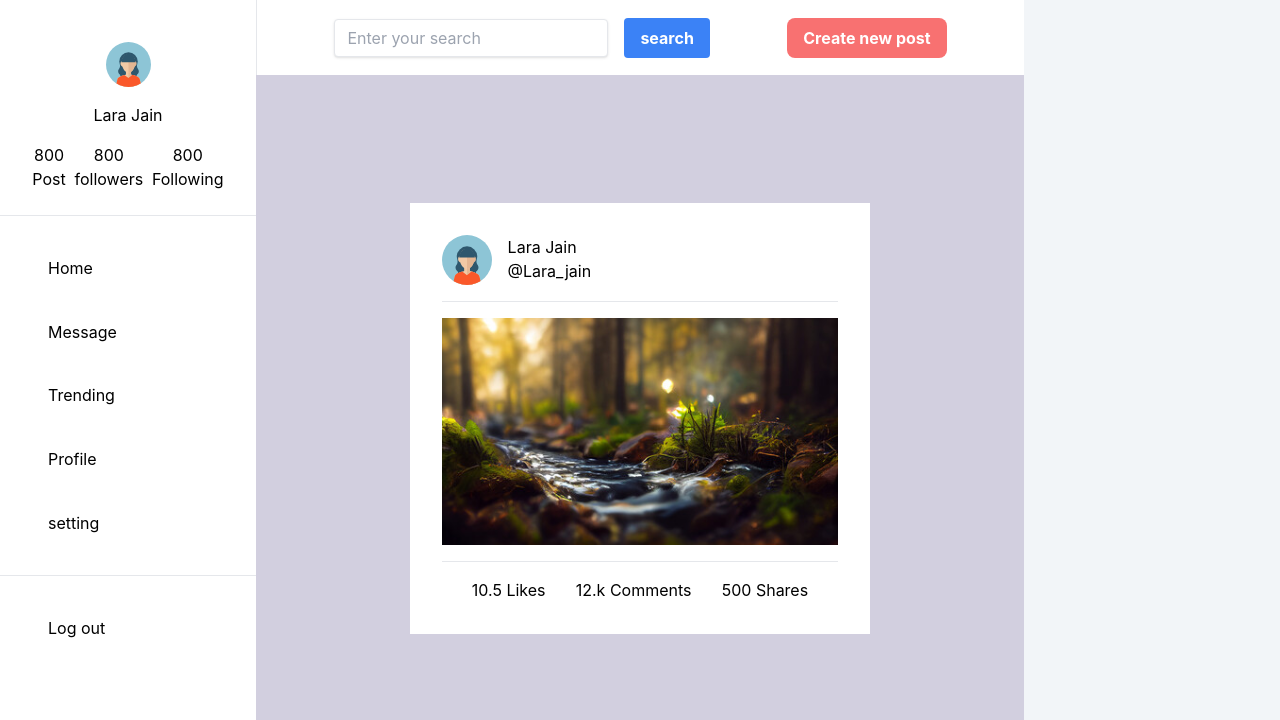
Repository: cosmicswati/upgrad-captions-project
Page: /
These files come from the project's save history. The page is drawn as it stood at one moment and after the next save; the edit follows.
The browser window is 1280 px wide. The pictures show the whole page.
An inner scrolling area shows only its first screen. The project was rebuilt for these pictures with package versions that can differ from the ones it lists, and the page was loaded fresh each time. Also part of the build but not shown: src/modules/Authorization/Form.jsx, src/modules/Authorization/index.js.

Above is the page before, as saved 2024-04-10 13:16:01.

After the next save:
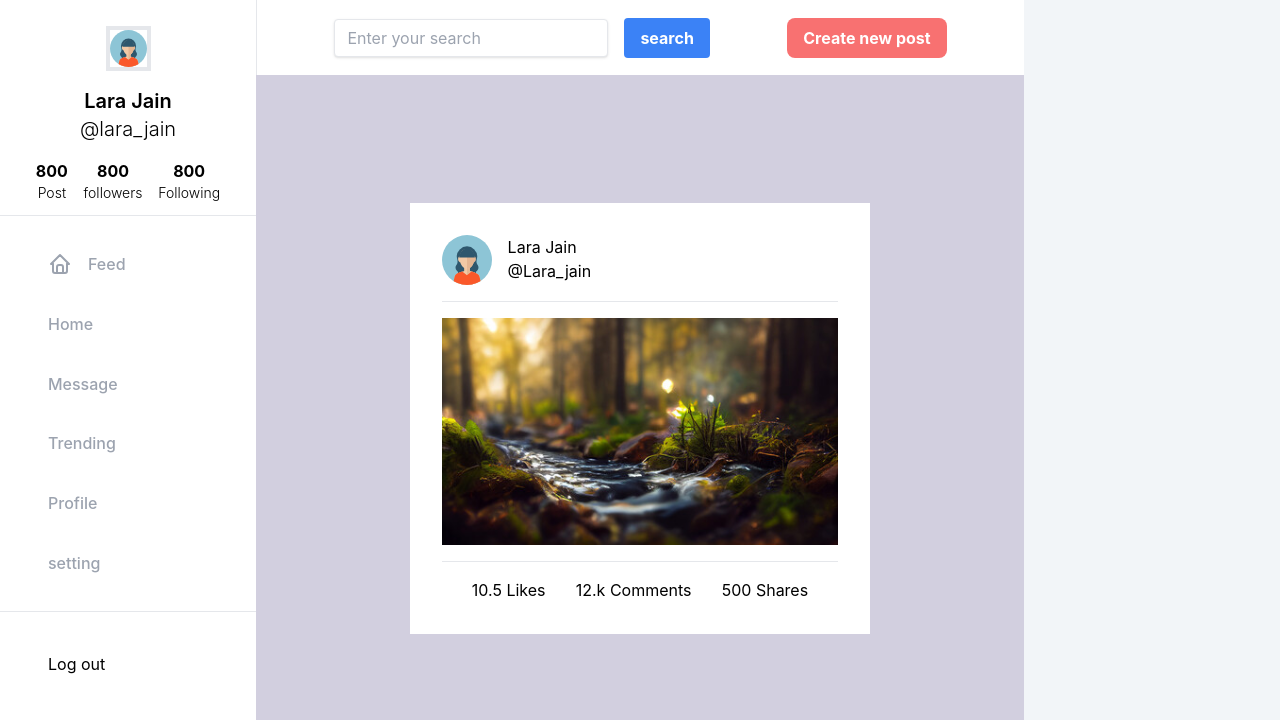
Saved 15 min 19 s later.
--- a/src/modules/Home/index.js
+++ b/src/modules/Home/index.js
@@ -14,32 +14,37 @@ const Home = () => {
         <div className='w-[20%] bg-white flex flex-col'>
             <div className='h-[30%] flex justify-center items-center border-b'>
                 <div className='flex flex-col justify-center items-center'>
-                    <Avatar width={'45px'} height={'45px'}/>
-                    <p className='my-4'>Lara Jain</p>
+                    <Avatar width={'45px'} height={'45px'} className='border-4 rounded-fullp-2'/>
+                    <div className='my-4 text-center'>
+                         <h3 className='text-xl font-semibold'>Lara Jain</h3>
+                         <p className='text-xl font-light'>@lara_jain</p>
+                    </div>
                     <div className='h-[30px] flex justify-around w-[200px] text-center'>
                         <div className='flex flex-col justify-around items-center'>
-                            <h4>800</h4>
-                            <p>Post</p>
+                            <h4 className='font-bold'>800</h4>
+                            <p className='font-light text-sm'>Post</p>
                         </div>
                         <div>
-                            <h4>800</h4>
-                            <p>followers</p>
+                            <h4 className='font-bold'>800</h4>
+                            <p className='font-light text-sm'>followers</p>
                         </div>
                         <div>
-                            <h4>800</h4>
-                            <p>Following</p>
+                            <h4 className='font-bold'>800</h4>
+                            <p className='font-light text-sm'>Following</p>
                         </div>
                     </div>
                 </div>
             </div>
-            <div className='h-[50%] flex flex-col justify-evenly pl-12 border-b'>
+            <div className='h-[55%] flex flex-col justify-evenly pl-12 border-b text-gray-400 text-md font-medium'>
+                <div className='flex cursor-pointer hover:text-[#F00F51]'><span className='mr-4'><IconHome/></span>Feed</div>
                     <div>Home</div>
                     <div>Message</div>
                     <div>Trending</div>
                     <div>Profile</div>
                     <div>setting</div>
+
             </div>
-            <div className='h-[20%] pt-10'>
+            <div className='h-[15%] pt-10'>
                 <div className='ml-12 cursor-pointer'>Log out</div>
             </div>
         </div>
